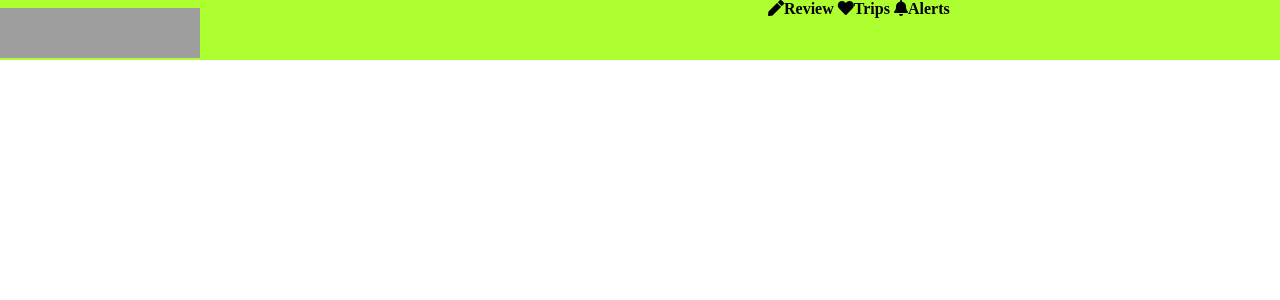
Repository: devix2107/thanhvia8.github.io
Page: Web-tripadvisor/index.html
The author's editor kept a copy of each file at every save. The page is drawn from the files as they stood at one save, then again after the next save.
The browser window is 1280 px wide. The pictures show the whole page.
Pictures or frames that could not be fetched are drawn as grey boxes.

Above is the page before, as saved 2021-11-28 10:03:37.

After the next save:
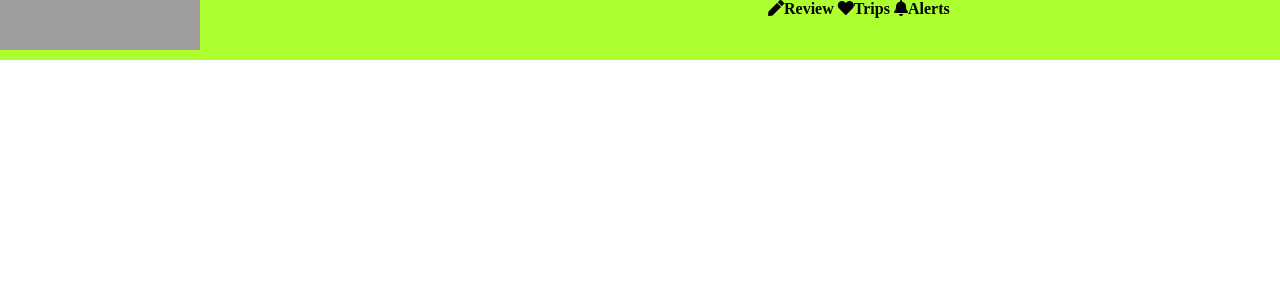
Saved 47 s later.
--- a/Web-tripadvisor/assets/css/main.css
+++ b/Web-tripadvisor/assets/css/main.css
@@ -22,7 +22,7 @@
   width: 200px;
   height: 50px;
   display: block;
-  margin: 8px 8px 8px 0px;
+  /* margin: 8px 8px 8px 0px; */
 }
 
 .header-center {
